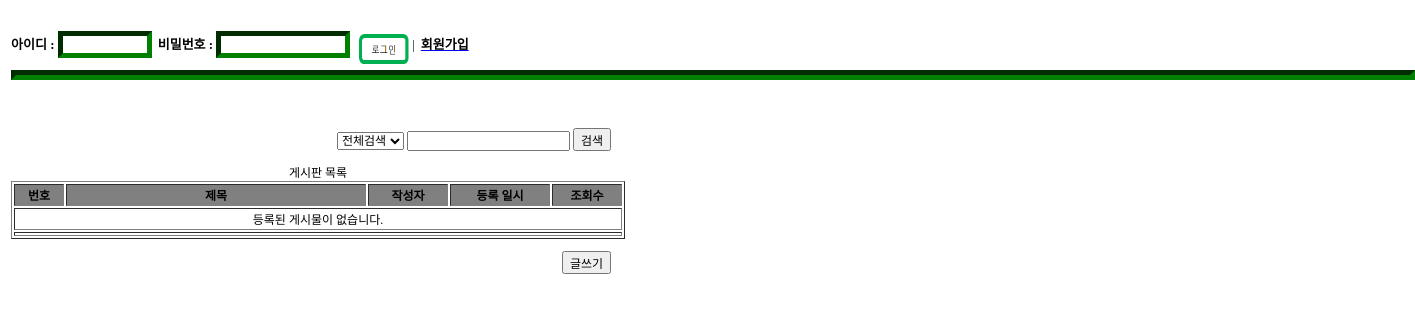
Repository: Pangyo/Study_Web_Basic
Page: http://localhost/BlindHelperServer/log/index.jsp
An editor plug-in stored every save of this project. The page is shown before and after the next save, followed by the edit.
The browser window is 1280 px wide. The page is 1415 px wide, so the pictures cover 1415 px, including what lies to the right of the window. The pictures show the whole page.
The page is served by Tomcat 9. Other server files are loaded and not shown. The template is opened directly, without the code that normally fills it, so the values that code supplies are empty.

Above is the page before, as saved 2015-12-16 12:31:24.

### BlindHelperServer/WebContent/board/boardList.jsp
<%@ page language="java" contentType="text/html; charset=UTF-8" pageEncoding="UTF-8"%>
<%@ page import="java.sql.*" %>
<%
	// 사용할 객체 초기화
	Connection conn = null;
	PreparedStatement pstmt = null;
	ResultSet rs = null;
	int pageNumTemp = 1;
	int listCount = 10;
	int pagePerBlock = 10;
	String whereSQL = "";
	// 파라미터
	String pageNum = request.getParameter("pageNum");
	String searchType = request.getParameter("searchType");
	String searchText = request.getParameter("searchText");
	// 파라미터 초기화
	if (searchText == null) {
		searchType = "";
		searchText = "";
	}
	if (pageNum != null) {
		pageNumTemp = Integer.parseInt(pageNum);
	}
	// 한글파라미터 처리
	String searchTextUTF8 = new String(searchText.getBytes("ISO-8859-1"), "UTF-8");
	// 데이터베이스 커넥션 및 질의문 실행
	// 검색어 쿼리문 생성
	if (!"".equals(searchText)) {
		if ("ALL".equals(searchType)) {
			whereSQL = " WHERE SUBJECT LIKE CONCAT('%',?,'%') OR WRITER LIKE CONCAT('%',?,'%') OR CONTENTS LIKE CONCAT('%',?,'%') ";
		} else if ("SUBJECT".equals(searchType)) {
			whereSQL = " WHERE SUBJECT LIKE CONCAT('%',?,'%') ";
		} else if ("WRITER".equals(searchType)) {
			whereSQL = " WHERE WRITER LIKE CONCAT('%',?,'%') ";
		} else if ("CONTENTS".equals(searchType)) {
			whereSQL = " WHERE CONTENTS LIKE CONCAT('%',?,'%') ";
		}
	}
	try {
		Class.forName("com.mysql.jdbc.Driver");
		conn = DriverManager.getConnection(
				//"jdbc:mysql://127.0.0.1:3306/blindhelperdb", "root", "1234");
				"jdbc:mysql://dxline1.cmlwnkhzvew3.us-west-2.rds.amazonaws.com:3306/dxlinedb", "lyu", "dladusdnr");
		// 게시물의 총 수를 얻는 쿼리 실행
		pstmt = conn.prepareStatement("SELECT COUNT(NUM) AS TOTAL FROM BOARD" + whereSQL);
		if (!"".equals(whereSQL)) {
			if ("ALL".equals(searchType)) {
				pstmt.setString(1, searchTextUTF8);
				pstmt.setString(2, searchTextUTF8);
				pstmt.setString(3, searchTextUTF8);
			} else {
				pstmt.setString(1, searchTextUTF8);
			}
		}
		rs = pstmt.executeQuery();
		rs.next();
		int totalCount = rs.getInt("TOTAL");
		// 게시물 목록을 얻는 쿼리 실행
		pstmt = conn.prepareStatement("SELECT NUM, SUBJECT, WRITER, REG_DATE, HIT FROM BOARD "+whereSQL+" ORDER BY NUM DESC LIMIT ?, ?");
		if (!"".equals(whereSQL)) {
			// 전체검색일시
			if ("ALL".equals(searchType)) {
				pstmt.setString(1, searchTextUTF8);
				pstmt.setString(2, searchTextUTF8);
				pstmt.setString(3, searchTextUTF8);
				pstmt.setInt(4, listCount * (pageNumTemp-1));
				pstmt.setInt(5, listCount);
			} else {
				pstmt.setString(1, searchTextUTF8);
				pstmt.setInt(2, listCount * (pageNumTemp-1));
				pstmt.setInt(3, listCount);
			}
		} else {
			pstmt.setInt(1, listCount * (pageNumTemp-1));
			pstmt.setInt(2, listCount);
		}
		rs = pstmt.executeQuery();
%>
<!DOCTYPE html PUBLIC "-//W3C//DTD XHTML 1.0 Transitional//EN" "http://www.w3.org/TR/xhtml1/DTD/xhtml1-transitional.dtd">
<html xmlns="http://www.w3.org/1999/xhtml">
<head>
<meta http-equiv="Content-Type" content="text/html; charset=UTF-8"></meta>
<title>게시판 목록</title>
<style type="text/css">
	* {font-size: 9pt;}
	p {width: 600px; text-align: right;}
	table thead tr th {background-color: gray;}
</style>
<script type="text/javascript">
	function goUrl(url) {
		location.href=url;
	}
	// 검색 폼 체크
	function searchCheck() {
		var form = document.searchForm;
		if (form.searchText.value == '') {
			alert('검색어를 입력하세요.');
			form.searchText.focus();
			return false;
		}
		return true;
	}
</script>
</head>
<body>
	<form name="searchForm" action="boardList.jsp" method="get" onsubmit="return searchCheck();" >
	<p>
		<select name="searchType">
			<option value="ALL" selected="selected">전체검색</option>
			<option value="SUBJECT" <%if ("SUBJECT".equals(searchType)) out.print("selected=\"selected\""); %>>제목</option>
			<option value="WRITER" <%if ("WRITER".equals(searchType)) out.print("selected=\"selected\""); %>>작성자</option>
			<option value="CONTENTS" <%if ("CONTENTS".equals(searchType)) out.print("selected=\"selected\""); %>>내용</option>
		</select>
		<input type="text" name="searchText" value="<%=searchTextUTF8%>" />
		<input type="submit" value="검색" />
	</p>
	</form>
	<table border="1" summary="게시판 목록">
		<caption>게시판 목록</caption>
		<colgroup>
			<col width="50" />
			<col width="300" />
			<col width="80" />
			<col width="100" />
			<col width="70" />
		</colgroup>
		<thead>
			<tr>
				<th>번호</th>
				<th>제목</th>
				<th>작성자</th>
				<th>등록 일시</th>
				<th>조회수</th>
			</tr>
		</thead>
		<tbody>
			<%
			if (totalCount == 0) {
			%>
			<tr>
				<td align="center" colspan="5">등록된 게시물이 없습니다.</td>
			</tr>
			<%
			} else {
				int i = 0;
				while (rs.next()) {
					i++;
			%>
			<tr>
				<td align="center"><%=totalCount - i + 1 - (pageNumTemp - 1) * listCount %></td>
				<td><a href="boardView.jsp?num=<%=rs.getInt("NUM")%>&amp;pageNum=<%=pageNumTemp%>&amp;searchType=<%=searchType%>&amp;searchText=<%=searchText%>"><%=rs.getString("SUBJECT") %></a></td>
				<td align="center"><%=rs.getString("WRITER") %></td>
				<td align="center"><%=rs.getString("REG_DATE").substring(0, 10) %></td>
				<td align="center"><%=rs.getInt("HIT") %></td>
			</tr>
			<%
				}
			}
			%>
		</tbody>
		<tfoot>
			<tr>
				<td align="center" colspan="5">
				<%
				// 페이지 네비게이터
				if(totalCount > 0) {
					int totalNumOfPage = (totalCount % listCount == 0) ?
							totalCount / listCount :
							totalCount / listCount + 1;

					int totalNumOfBlock = (totalNumOfPage % pagePerBlock == 0) ?
							totalNumOfPage / pagePerBlock :
							totalNumOfPage / pagePerBlock + 1;

					int currentBlock = (pageNumTemp % pagePerBlock == 0) ?
							pageNumTemp / pagePerBlock :
							pageNumTemp / pagePerBlock + 1;

					int startPage = (currentBlock - 1) * pagePerBlock + 1;
					int endPage = startPage + pagePerBlock - 1;

					if(endPage > totalNumOfPage)
						endPage = totalNumOfPage;
					boolean isNext = false;
					boolean isPrev = false;
					if(currentBlock < totalNumOfBlock)
						isNext = true;
					if(currentBlock > 1)
						isPrev = true;
					if(totalNumOfBlock == 1){
						isNext = false;
						isPrev = false;
					}
					StringBuffer sb = new StringBuffer();
					if(pageNumTemp > 1){
						sb.append("<a href=\"").append("boardList.jsp?pageNum=1&amp;searchType="+searchType+"&amp;searchText="+searchText);
						sb.append("\" title=\"<<\"><<</a>&nbsp;");
					}
					if (isPrev) {
						int goPrevPage = startPage - pagePerBlock;
						sb.append("&nbsp;&nbsp;<a href=\"").append("boardList.jsp?pageNum="+goPrevPage+"&amp;searchType="+searchType+"&amp;searchText="+searchText);
						sb.append("\" title=\"<\"><</a>");
					} else {

					}
					for (int i = startPage; i <= endPage; i++) {
						if (i == pageNumTemp) {
							sb.append("<a href=\"#\"><strong>").append(i).append("</strong></a>&nbsp;&nbsp;");
						} else {
							sb.append("<a href=\"").append("boardList.jsp?pageNum="+i+"&amp;searchType="+searchType+"&amp;searchText="+searchText);
							sb.append("\" title=\""+i+"\">").append(i).append("</a>&nbsp;&nbsp;");
						}
					}
					if (isNext) {
						int goNextPage = startPage + pagePerBlock;

						sb.append("<a href=\"").append("boardList.jsp?pageNum="+goNextPage+"&amp;searchType="+searchType+"&amp;searchText="+searchText);
						sb.append("\" title=\">\">></a>");
					} else {

					}
					if(totalNumOfPage > pageNumTemp){
						sb.append("&nbsp;&nbsp;<a href=\"").append("boardList.jsp?pageNum="+totalNumOfPage+"&amp;searchType="+searchType+"&amp;searchText="+searchText);
						sb.append("\" title=\">>\">>></a>");
					}
					out.print(sb.toString());
				}
				%>
				</td>
			</tr>
		</tfoot>
	</table>
	<p>
	<%
		Object test = request.getAttribute("test");
		if ((int)test == 0) {
	%>
		<input type="button" value="목록" onclick="goUrl('boardList.jsp');" />
	<%
		} else {
	%>
		<input type="button" value="글쓰기" onclick="goUrl('boardWriteForm.jsp');" />
	<%
		}
	%>
	</p>
</body>
</html>
<%
	} catch (Exception e) {
		e.printStackTrace();
	} finally {
		if (rs != null) rs.close();
		if (pstmt != null) pstmt.close();
		if (conn != null) conn.close();
	}
%>

After the next save:
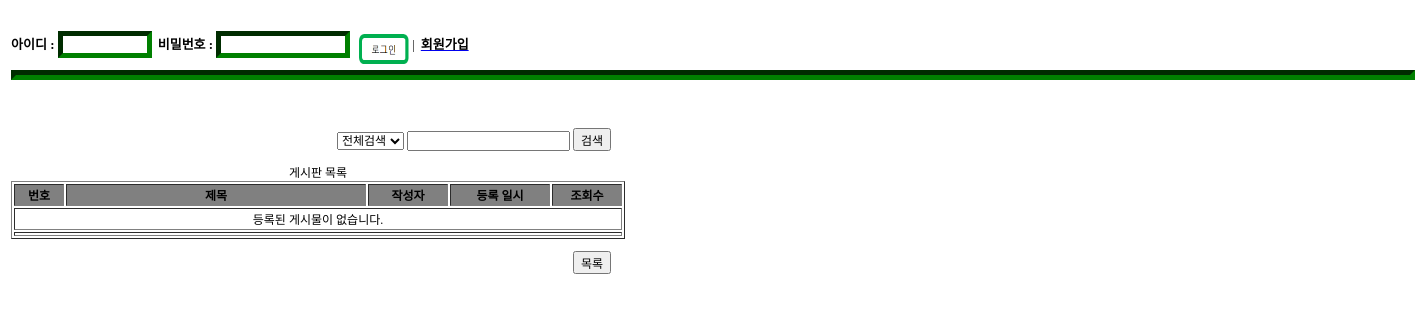
Saved 38 s later.
--- a/BlindHelperServer/WebContent/board/boardList.jsp
+++ b/BlindHelperServer/WebContent/board/boardList.jsp
@@ -233,7 +233,8 @@
 	<p>
 	<%
 		Object test = request.getAttribute("test");
-		if ((int)test == 0) {
+		int test1 = 0;
+		if (test1 == 0) {
 	%>
 		<input type="button" value="목록" onclick="goUrl('boardList.jsp');" />
 	<%
